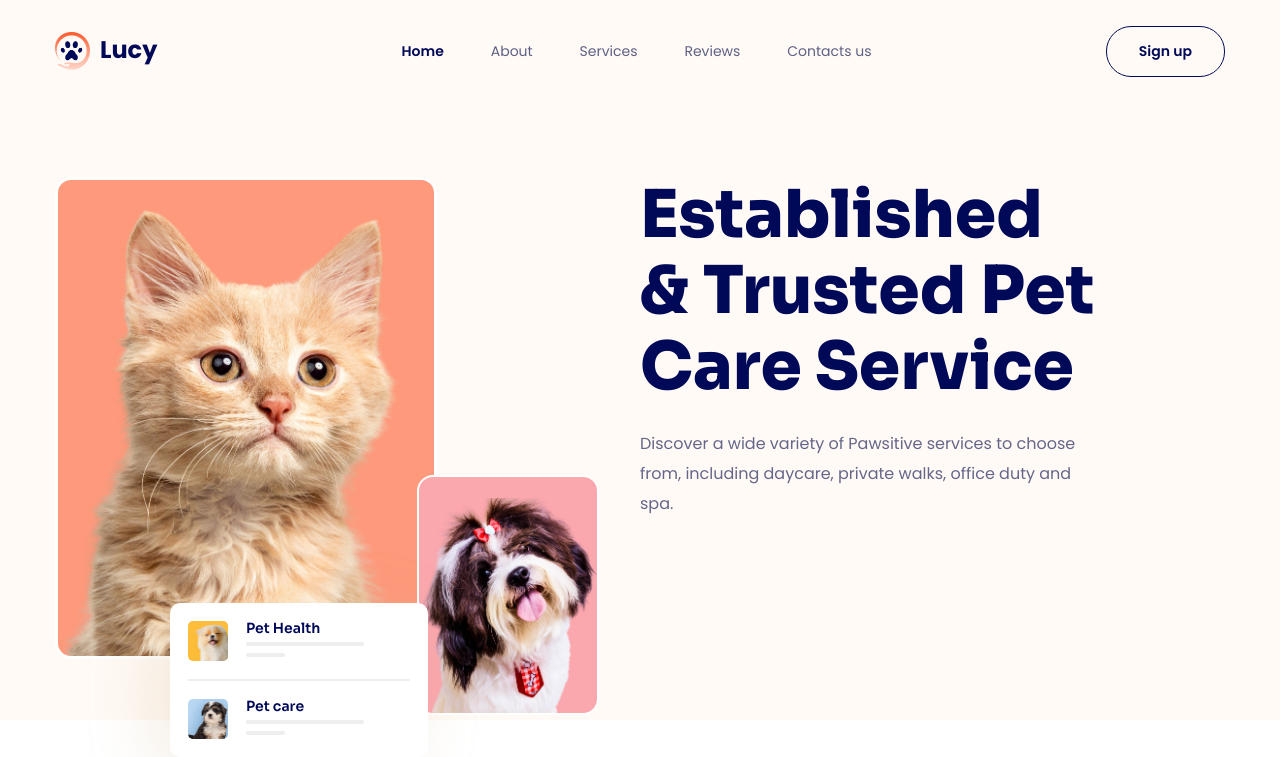
Repository: Cuongquaidan/F8projeact-04
Page: index.html
These files come from the project's save history. The page is drawn as it stood at one moment and after the next save; the edit follows.
The browser window is 1280 px wide. The pictures show the whole page.

Above is the page before, as saved 2023-04-15 09:54:04.

After the next save:
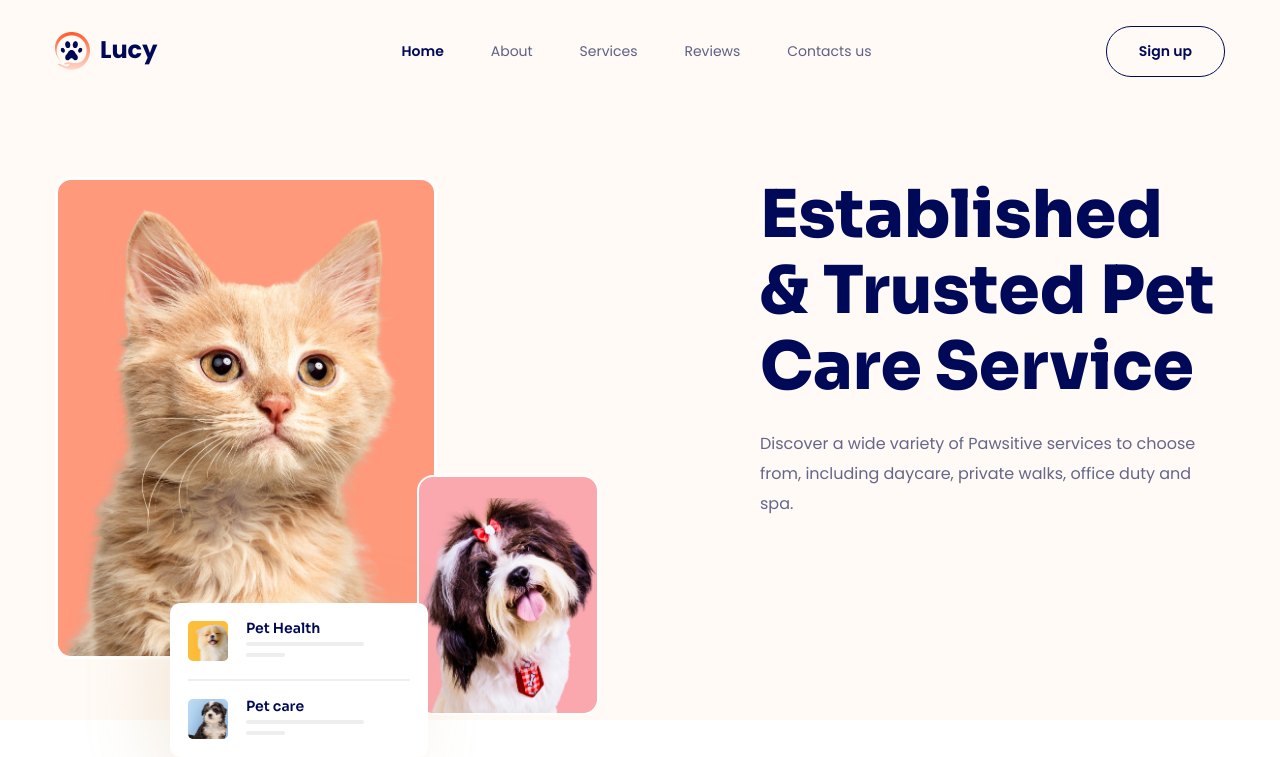
Saved 29 s later.
--- a/asset/css/styles.css
+++ b/asset/css/styles.css
@@ -222,7 +222,7 @@ a {
     height: 4px;
 }
 .hero__contents {
-    padding-right: 120px;
+    padding-left: 120px;
 }
 .hero__contents-title {
     font-size: 6.6rem;
